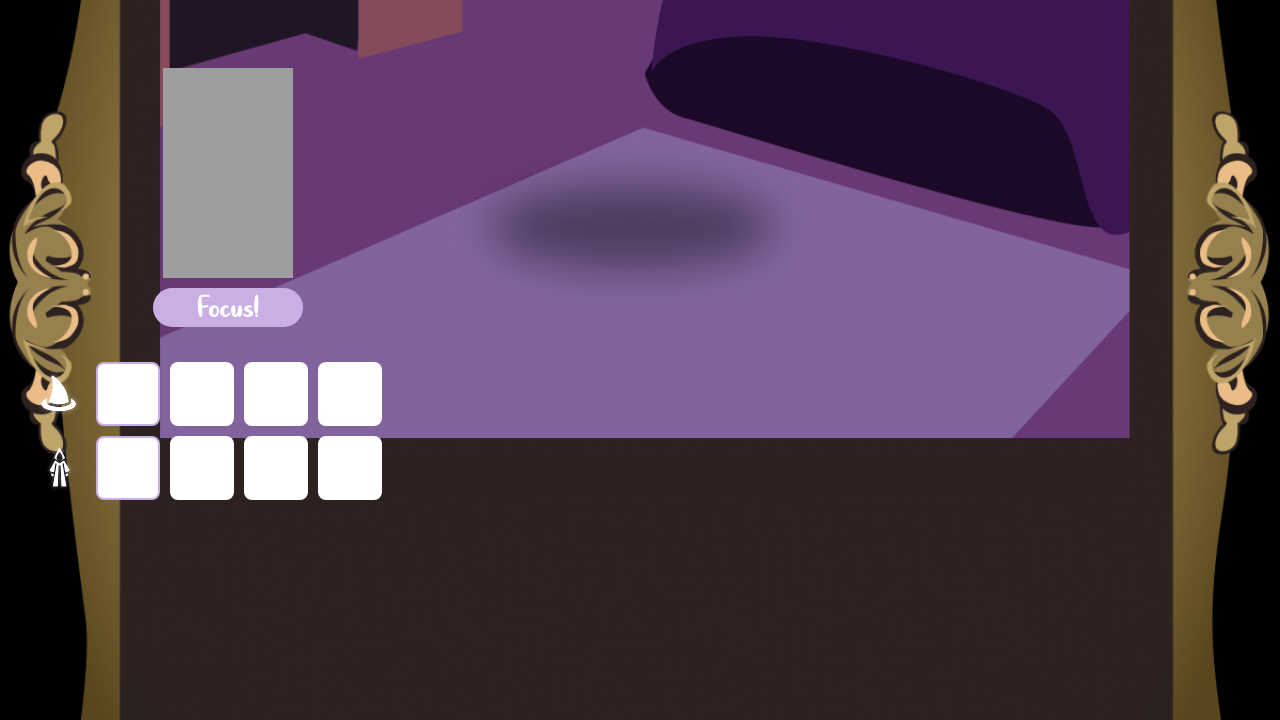
Repository: zhangolivia7/Little-Witch-Alcove
Page: popup.html
These files come from the project's save history. The page is drawn as it stood at one moment and after the next save; the edit follows.
The browser window is 1280 px wide. The pictures show the whole page.
Pictures or frames that could not be fetched are drawn as grey boxes.

Above is the page before, as saved 2025-11-15 16:50:26.

### popup.html
<!DOCTYPE html>
<html>
  <head>
    <title>Little Witch Alcove</title>
    <link rel="stylesheet" href="popup.css">
  </head>
  <body>
    <div>
        <img src="Assets/Witch.png" alt="Witch" id="witch-img">
    </div>
    <button id="focus-btn">Focus!</button>

    <div id="customization">
        <div class="category-row">
            <img src="Assets/Icons/Hat Category.svg" alt="Hat" class="category-icon">
            <div class="items-scroll">
                <div class="item-slot selected"></div>
                <div class="item-slot"></div>
                <div class="item-slot"></div>
                <div class="item-slot"></div>
            </div>
        </div>
        <div class="category-row">
            <img src="Assets/Icons/Robe Category.svg" alt="Robe" class="category-icon">
            <div class="items-scroll">
                <div class="item-slot selected"></div>
                <div class="item-slot"></div>
                <div class="item-slot"></div>
                <div class="item-slot"></div>
            </div>
        </div>
    </div>

    <script src="popup.js"></script>
  </body>
</html>

### popup.css
@font-face {
    font-family: 'QuiteMagical';
    src: url('Assets/Font/QuiteMagicalRegular.ttf');
}

body {
    width: 400px;
    height: 500px;
    background-image: url('Assets/No UI.png');
    background-repeat: no-repeat;
    background-position: center center;
    background-size: cover;
    background-color: black;
    padding: 20px;
    font-family: 'QuiteMagical';
  }

  h1 {
    font-size: 18px;
    text-align: center;
  }

  #focus-btn {
    width: 150px;
    margin: 10px auto 0 auto;
    padding: 5px 2px 0px 2px;
    border-radius: 25px;
    background: #CAAFE5;
    color: white;
    font-family: 'QuiteMagical';
    font-size: 36px;
    border: none;
    cursor: pointer;
    display: block;
  }

  #witch-img {
    width: 130px;
    height: 210px;
    margin: 40px auto 0 auto;
    display: block;
  }

  #customization {
    margin-top: 25px;
    padding: 10px 0;
  }

  .category-row {
    display: flex;
    align-items: center;
    margin-bottom: 10px;
    gap: 10px;
    margin-left: 10px;
  }

  .category-icon {
    width: 48px;
    height: 48px;
    flex-shrink: 0;
    color: white;
  }

  .items-scroll {
    display: flex;
    gap: 10px;
    overflow-x: auto;
    overflow-y: hidden;
    flex: 1;
    scrollbar-width: none;
    -ms-overflow-style: none;
  }

  .items-scroll::-webkit-scrollbar {
    display: none;
  }

  .item-slot {
    width: 60px;
    height: 60px;
    background: white;
    border-radius: 8px;
    flex-shrink: 0;
    border: 2px solid transparent;
  }

  .item-slot.selected {
    border: 2px solid #CAAFE5;
  }

### popup.js
document.getElementById("focus-btn").addEventListener("click", () => {
    alert("Hex of Concentration activated! 🔮");
  });

After the next save:
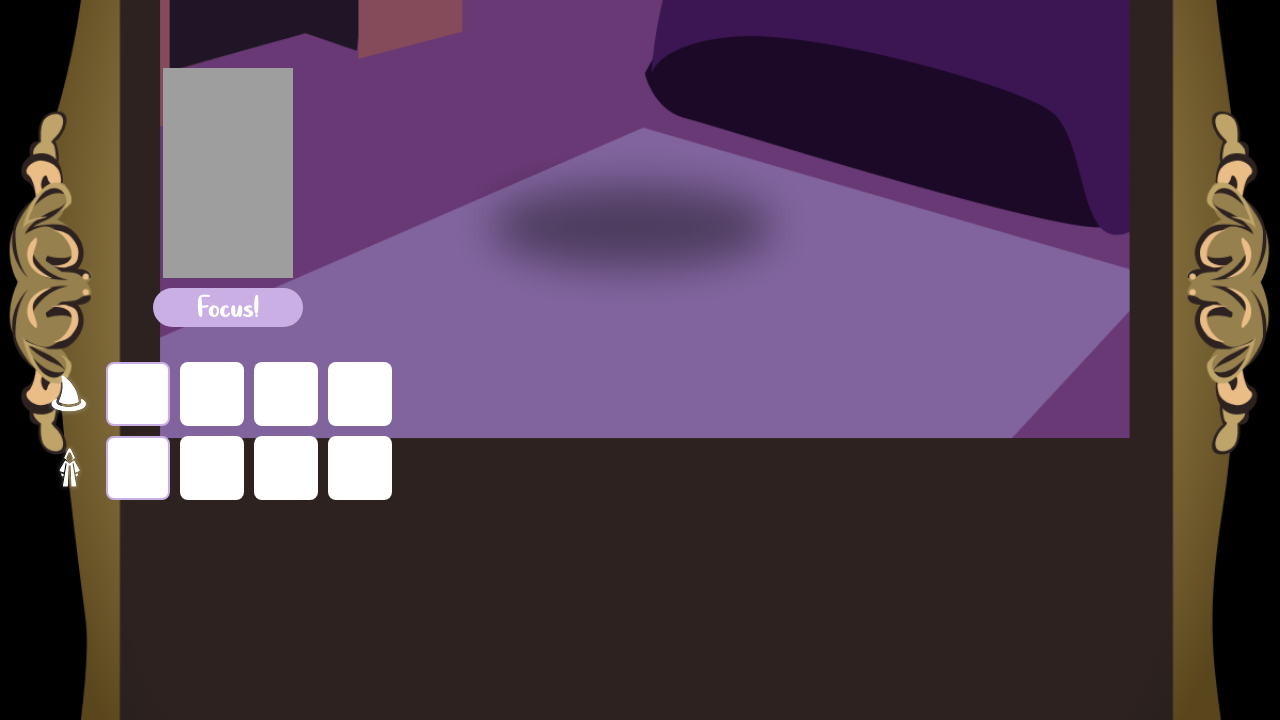
Saved 10 s later.
--- a/popup.css
+++ b/popup.css
@@ -51,7 +51,7 @@ body {
     align-items: center;
     margin-bottom: 10px;
     gap: 10px;
-    margin-left: 10px;
+    margin-left: 20px;
   }
 
   .category-icon {
